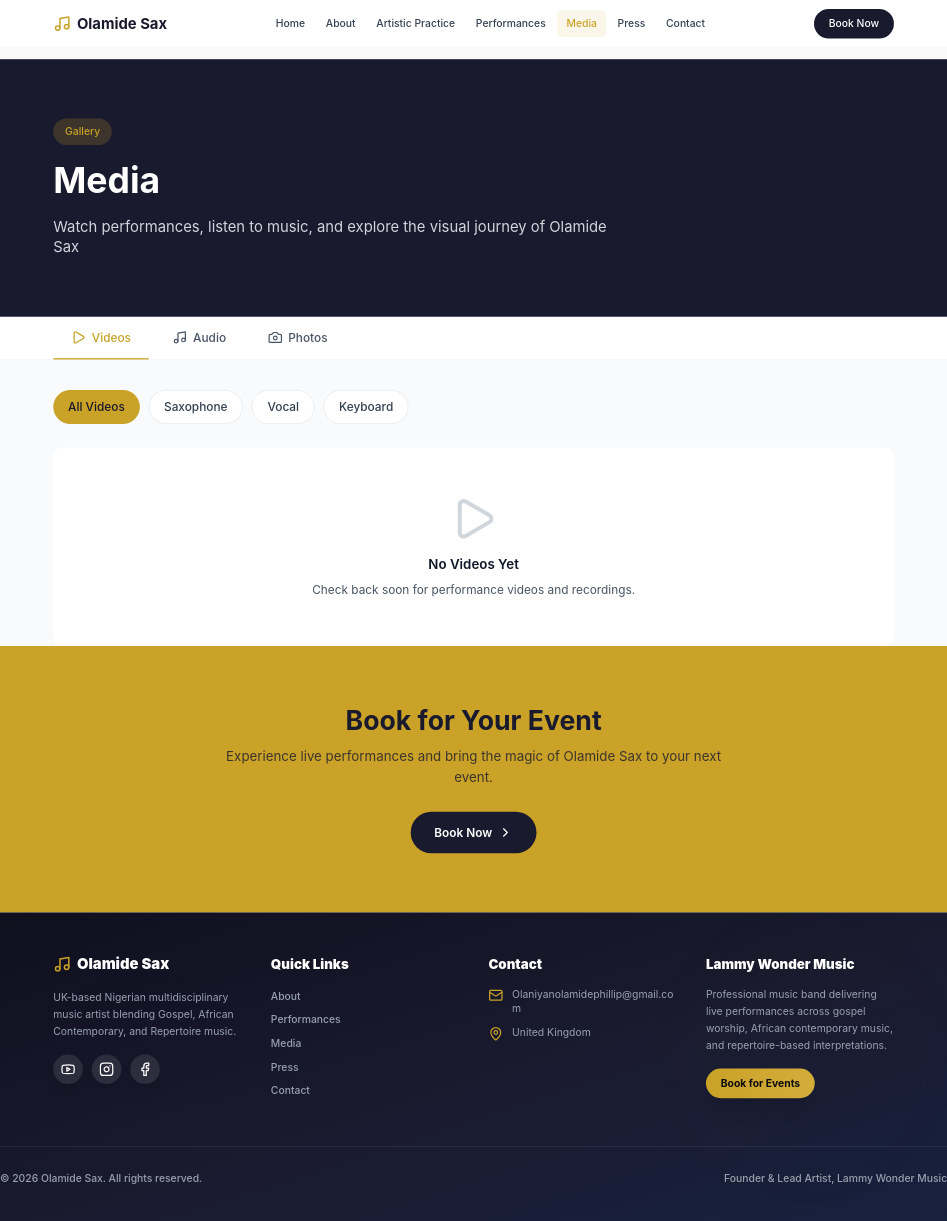
Repository: TheJazzDev/olamide-sax
Page: /media
These files come from the project's save history. The page is drawn as it stood at one moment and after the next save; the edit follows.
The browser window is 1280 px wide. The pictures show the whole page, at 74% of full size.
The page's requests for data from a server got no answer. The project was rebuilt for these pictures with package versions that can differ from the ones it lists, and the page was loaded fresh each time. Some packages were replaced by stand-ins written for this rebuild. The framework's server and built-in components were replaced by stand-ins that run in the browser. No one was signed in, and anything a server would have sent is missing. Also part of the build but not shown: next.config.ts.

Above is the page before, as saved 2026-01-17 17:25:30.

### app/layout.tsx
import type { Metadata } from 'next';
import './globals.css';

export const metadata: Metadata = {
  title: 'Olamide Sax | Vocalist • Saxophonist • Keyboardist',
  description:
    'UK-based Nigerian multidisciplinary music artist blending Gospel, African Contemporary, and Repertoire music through live performance, worship, and community-focused cultural events. Founder & Lead Artist of Lammy Wonder Music.',
  keywords: [
    'Olamide Sax',
    'Saxophonist',
    'Vocalist',
    'Keyboardist',
    'Nigerian Artist',
    'UK Musician',
    'Gospel Music',
    'African Contemporary',
    'Lammy Wonder Music',
    'Live Performance',
    'Worship Music',
  ],
  authors: [{ name: 'Olamide Sax' }],
  openGraph: {
    title: 'Olamide Sax | Vocalist • Saxophonist • Keyboardist',
    description:
      'UK-based Nigerian multidisciplinary music artist blending Gospel, African Contemporary, and Repertoire music.',
    type: 'website',
    locale: 'en_GB',
  },
  twitter: {
    card: 'summary_large_image',
    title: 'Olamide Sax | Vocalist • Saxophonist • Keyboardist',
    description:
      'UK-based Nigerian multidisciplinary music artist blending Gospel, African Contemporary, and Repertoire music.',
  },
};

export default function RootLayout({
  children,
}: Readonly<{
  children: React.ReactNode;
}>) {
  return (
    <html lang='en'>
      <head>
        <link
          rel='apple-touch-icon'
          sizes='180x180'
          href='/apple-touch-icon.png'
        />
        <link
          rel='icon'
          type='image/png'
          sizes='32x32'
          href='/favicon-32x32.png'
        />
        <link
          rel='icon'
          type='image/png'
          sizes='16x16'
          href='/favicon-16x16.png'
        />
        <link rel='manifest' href='/site.webmanifest' />
      </head>
      <body className='antialiased'>{children}</body>
    </html>
  );
}

### app/(site)/layout.tsx
import Navigation from "@/components/Navigation";
import Footer from "@/components/Footer";

export default function SiteLayout({
  children,
}: {
  children: React.ReactNode;
}) {
  return (
    <>
      <Navigation />
      <main className="pt-16 md:pt-20">
        {children}
      </main>
      <Footer />
    </>
  );
}

### app/(site)/media/page.tsx
'use client';

import { useState, useEffect } from 'react';
import { useSearchParams } from 'next/navigation';
import Image from 'next/image';
import Link from 'next/link';
import { Play, Music, Camera, ChevronRight, ExternalLink, Disc } from 'lucide-react';

interface VideoItem {
  id: string;
  title: string;
  url: string;
  platform: string;
  description?: string;
  category?: string | null;
  featured: boolean;
  displayOrder: number;
}

interface MusicItem {
  id: string;
  title: string;
  platform: string;
  url: string;
  releaseYear: string;
}

interface PhotoItem {
  id: string;
  title: string;
  url: string;
  category: string;
  alt: string;
}

type TabType = 'videos' | 'audio' | 'photos';
type VideoCategory = 'all' | 'SAXOPHONE' | 'VOCAL' | 'KEYBOARD';

export default function MediaPage() {
  const searchParams = useSearchParams();
  const [activeTab, setActiveTab] = useState<TabType>('videos');
  const [videoCategory, setVideoCategory] = useState<VideoCategory>('all');
  const [videos, setVideos] = useState<VideoItem[]>([]);
  const [music, setMusic] = useState<MusicItem[]>([]);
  const [photos, setPhotos] = useState<PhotoItem[]>([]);
  const [loading, setLoading] = useState(true);

  useEffect(() => {
    fetchData();

    // Check for category parameter in URL
    const category = searchParams.get('category');
    if (category && (category === 'SAXOPHONE' || category === 'VOCAL' || category === 'KEYBOARD')) {
      setActiveTab('videos');
      setVideoCategory(category as VideoCategory);
    }
  }, [searchParams]);

  const fetchData = async () => {
    try {
      const [videosRes, musicRes, photosRes] = await Promise.all([
        fetch('/api/videos'),
        fetch('/api/music'),
        fetch('/api/photos'),
      ]);

      const videosData = await videosRes.json();
      const musicData = await musicRes.json();
      const photosData = await photosRes.json();

      setVideos(videosData);
      setMusic(musicData);
      setPhotos(photosData);
    } catch (error) {
      console.error('Error fetching media:', error);
    } finally {
      setLoading(false);
    }
  };

  const videoCategories = [
    { id: 'all' as VideoCategory, label: 'All Videos' },
    { id: 'SAXOPHONE' as VideoCategory, label: 'Saxophone' },
    { id: 'VOCAL' as VideoCategory, label: 'Vocal' },
    { id: 'KEYBOARD' as VideoCategory, label: 'Keyboard' },
  ];

  const filteredVideos = videoCategory === 'all'
    ? videos
    : videos.filter(video => video.category === videoCategory);

  const tabs = [
    { id: 'videos' as TabType, label: 'Videos', icon: Play, count: videos.length },
    { id: 'audio' as TabType, label: 'Audio', icon: Music, count: music.length },
    { id: 'photos' as TabType, label: 'Photos', icon: Camera, count: photos.length },
  ];

  return (
    <>
      {/* Hero Section */}
      <section className="relative py-8 sm:py-10 md:py-14 lg:py-20 bg-[#1a1a2e] text-white">
        <div className="container-custom">
          <div className="max-w-3xl">
            <span className="inline-block px-3 py-1.5 sm:px-4 sm:py-2 bg-[#c9a227]/20 text-[#c9a227] text-xs sm:text-sm font-medium rounded-full mb-4 sm:mb-6">
              Gallery
            </span>
            <h1 className="text-3xl sm:text-4xl md:text-5xl font-bold mb-3 sm:mb-4 md:mb-6">
              Media
            </h1>
            <p className="text-base sm:text-lg md:text-xl text-gray-300">
              Watch performances, listen to music, and explore the visual journey of Olamide Sax
            </p>
          </div>
        </div>
      </section>

      {/* Tabs */}
      <section className="bg-white border-b border-gray-200 sticky top-16 md:top-20 z-10">
        <div className="container-custom">
          <div className="flex gap-1 sm:gap-2 overflow-x-auto scrollbar-hide">
            {tabs.map((tab) => {
              const Icon = tab.icon;
              return (
                <button
                  key={tab.id}
                  onClick={() => setActiveTab(tab.id)}
                  className={`flex items-center gap-2 px-4 sm:px-6 py-3 sm:py-4 font-medium text-sm sm:text-base whitespace-nowrap transition-colors border-b-2 ${
                    activeTab === tab.id
                      ? 'border-[#c9a227] text-[#c9a227]'
                      : 'border-transparent text-gray-600 hover:text-gray-900'
                  }`}
                >
                  <Icon className="w-4 h-4 sm:w-5 sm:h-5" />
                  {tab.label}
                  {tab.count > 0 && (
                    <span className="ml-1 sm:ml-2 px-2 py-0.5 bg-gray-100 text-gray-600 text-xs rounded-full">
                      {tab.count}
                    </span>
                  )}
                </button>
              );
            })}
          </div>
        </div>
      </section>

      {/* Content */}
      <section className="pt-4 lg:pt-10 bg-gray-50">
        <div className="container-custom">
          {loading ? (
            <div className="flex items-center justify-center py-20">
              <div className="text-center">
                <div className="w-12 h-12 sm:w-16 sm:h-16 border-4 border-[#c9a227] border-t-transparent rounded-full animate-spin mx-auto mb-4"></div>
                <p className="text-gray-600">Loading media...</p>
              </div>
            </div>
          ) : (
            <>
              {/* Videos Tab */}
              {activeTab === 'videos' && (
                <div>
                  {/* Category Filters */}
                  <div className="mb-6 sm:mb-8">
                    <div className="flex flex-wrap gap-2 sm:gap-3">
                      {videoCategories.map((cat) => (
                        <button
                          key={cat.id}
                          onClick={() => setVideoCategory(cat.id)}
                          className={`px-4 py-2 sm:px-5 sm:py-2.5 text-sm sm:text-base font-medium rounded-full transition-colors ${
                            videoCategory === cat.id
                              ? 'bg-[#c9a227] text-[#1a1a2e]'
                              : 'bg-white text-gray-700 hover:bg-gray-100 border border-gray-200'
                          }`}
                        >
                          {cat.label}
                        </button>
                      ))}
                    </div>
                  </div>

                  {videos.length > 0 ? (
                    filteredVideos.length > 0 ? (
                      <div className="grid sm:grid-cols-2 lg:grid-cols-3 gap-4 sm:gap-6">
                        {filteredVideos.map((video) => (
                        <div key={video.id} className="bg-white rounded-xl overflow-hidden shadow-sm hover:shadow-md transition-shadow">
                          <div className="relative aspect-video bg-gray-200">
                            <div className="absolute inset-0 flex items-center justify-center bg-[#1a1a2e]/90">
                              <div className="text-center text-white p-4">
                                <Play className="w-10 h-10 sm:w-12 sm:h-12 mx-auto mb-2 text-[#c9a227]" />
                                <p className="text-xs sm:text-sm">Available on {video.platform}</p>
                              </div>
                            </div>
                          </div>
                          <div className="p-4">
                            <div className="flex items-center gap-2 mb-1">
                              <span className="text-xs font-medium text-[#c9a227] uppercase tracking-wide">
                                {video.platform}
                              </span>
                              {video.category && (
                                <>
                                  <span className="text-gray-300">•</span>
                                  <span className="text-xs font-medium text-gray-600">
                                    {video.category === 'SAXOPHONE' && 'Saxophone'}
                                    {video.category === 'VOCAL' && 'Vocal'}
                                    {video.category === 'KEYBOARD' && 'Keyboard'}
                                  </span>
                                </>
                              )}
                            </div>
                            <h3 className="font-bold text-gray-900 mt-1 mb-2 text-sm sm:text-base">{video.title}</h3>
                            {video.description && (
                              <p className="text-xs sm:text-sm text-gray-600 mb-3 line-clamp-2">{video.description}</p>
                            )}
                            <a
                              href={video.url}
                              target="_blank"
                              rel="noopener noreferrer"
                              className="inline-flex items-center gap-2 text-xs sm:text-sm font-medium text-[#c9a227] hover:underline"
                            >
                              Watch Now
                              <ExternalLink className="w-3 h-3 sm:w-4 sm:h-4" />
                            </a>
                          </div>
                        </div>
                      ))}
                    </div>
                    ) : (
                      <div className="bg-white p-12 sm:p-16 rounded-xl text-center">
                        <Play className="w-12 h-12 sm:w-16 sm:h-16 text-gray-300 mx-auto mb-4" />
                        <h3 className="font-semibold text-gray-900 mb-2 text-base sm:text-lg">
                          No {videoCategory !== 'all' ? videoCategories.find(c => c.id === videoCategory)?.label : ''} Videos
                        </h3>
                        <p className="text-gray-600 text-sm sm:text-base">
                          {videoCategory !== 'all'
                            ? 'No videos found in this category. Try selecting a different category.'
                            : 'Check back soon for performance videos and recordings.'}
                        </p>
                      </div>
                    )
                  ) : (
                    <div className="bg-white p-12 sm:p-16 rounded-xl text-center">
                      <Play className="w-12 h-12 sm:w-16 sm:h-16 text-gray-300 mx-auto mb-4" />
                      <h3 className="font-semibold text-gray-900 mb-2 text-base sm:text-lg">No Videos Yet</h3>
                      <p className="text-gray-600 text-sm sm:text-base">Check back soon for performance videos and recordings.</p>
                    </div>
                  )}
                </div>
              )}

              {/* Audio Tab */}
              {activeTab === 'audio' && (
                <div>
                  {music.length > 0 ? (
                    <div className="space-y-4">
                      {music.map((release) => (
                        <div
                          key={release.id}
                          className="bg-white p-4 sm:p-6 rounded-xl shadow-sm hover:shadow-md transition-shadow"
                        >
                          <div className="flex flex-col sm:flex-row items-start sm:items-center gap-4">
                            <div className="w-16 h-16 sm:w-20 sm:h-20 bg-[#1a1a2e] rounded-lg flex items-center justify-center shrink-0">
                              <Disc className="w-8 h-8 sm:w-10 sm:h-10 text-[#c9a227]" />
                            </div>
                            <div className="flex-1 min-w-0">
                              <h3 className="font-bold text-gray-900 text-base sm:text-lg">{release.title}</h3>
                              <div className="flex items-center gap-2 mt-1">
                                <span className="text-xs sm:text-sm font-medium text-[#c9a227]">{release.platform}</span>
                                <span className="text-gray-400">•</span>
                                <span className="text-xs sm:text-sm text-gray-500">{release.releaseYear}</span>
                              </div>
                            </div>
                            <a
                              href={release.url}
                              target="_blank"
                              rel="noopener noreferrer"
                              className="inline-flex items-center gap-2 px-4 sm:px-5 py-2 sm:py-2.5 bg-[#c9a227] text-[#1a1a2e] text-sm font-semibold rounded-full hover:bg-[#e8d48b] transition-colors shrink-0"
                            >
                              <Play className="w-4 h-4" />
                              Listen
                            </a>
                          </div>
                        </div>
                      ))}
                    </div>
                  ) : (
                    <div className="bg-white p-12 sm:p-16 rounded-xl text-center">
                      <Music className="w-12 h-12 sm:w-16 sm:h-16 text-gray-300 mx-auto mb-4" />
                      <h3 className="font-semibold text-gray-900 mb-2 text-base sm:text-lg">No Music Releases Yet</h3>
                      <p className="text-gray-600 text-sm sm:text-base">Check back soon for music releases and streaming links.</p>
                    </div>
                  )}
                </div>
              )}

              {/* Photos Tab */}
              {activeTab === 'photos' && (
                <div>
                  {photos.length > 0 ? (
                    <div className="grid grid-cols-2 sm:grid-cols-2 lg:grid-cols-3 gap-3 sm:gap-4 md:gap-6">
                      {photos.map((photo) => (
                        <div key={photo.id} className="bg-white rounded-xl overflow-hidden shadow-sm hover:shadow-md transition-shadow group">
                          <div className="relative aspect-square bg-gray-200">
                            <Image
                              src={photo.url}
                              alt={photo.alt}
                              fill
                              className="object-cover group-hover:scale-105 transition-transform duration-300"
                            />
                          </div>
                          <div className="p-3 sm:p-4">
                            <span className="text-xs font-medium text-[#c9a227] uppercase tracking-wide">
                              {photo.category}
                            </span>
                            <h3 className="font-semibold text-gray-900 mt-1 text-sm sm:text-base">{photo.title}</h3>
                          </div>
                        </div>
                      ))}
                    </div>
                  ) : (
                    <div className="bg-white p-12 sm:p-16 rounded-xl text-center">
                      <Camera className="w-12 h-12 sm:w-16 sm:h-16 text-gray-300 mx-auto mb-4" />
                      <h3 className="font-semibold text-gray-900 mb-2 text-base sm:text-lg">No Photos Yet</h3>
                      <p className="text-gray-600 text-sm sm:text-base">Check back soon for performance and event photos.</p>
                    </div>
                  )}
                </div>
              )}
            </>
          )}
        </div>
      </section>

      {/* CTA Section */}
      <section className="py-12 sm:py-16 md:py-20 bg-[#c9a227]">
        <div className="container-custom text-center">
          <h2 className="text-2xl sm:text-3xl md:text-4xl font-bold text-[#1a1a2e] mb-3 sm:mb-4">
            Book for Your Event
          </h2>
          <p className="text-[#1a1a2e]/80 text-base sm:text-lg mb-6 sm:mb-8 max-w-2xl mx-auto">
            Experience live performances and bring the magic of Olamide Sax to your next event.
          </p>
          <Link
            href="/contact"
            className="inline-flex items-center gap-2 px-6 sm:px-8 py-3 sm:py-4 bg-[#1a1a2e] text-white font-semibold rounded-full hover:bg-[#16213e] transition-colors text-sm sm:text-base"
          >
            Book Now
            <ChevronRight className="w-4 h-4 sm:w-5 sm:h-5" />
          </Link>
        </div>
      </section>
    </>
  );
}

Loaded but not shown: components/Footer.tsx (127 lines, source omitted); components/Navigation.tsx (157 lines, source omitted); app/globals.css (186 lines, source omitted)

After the next save:
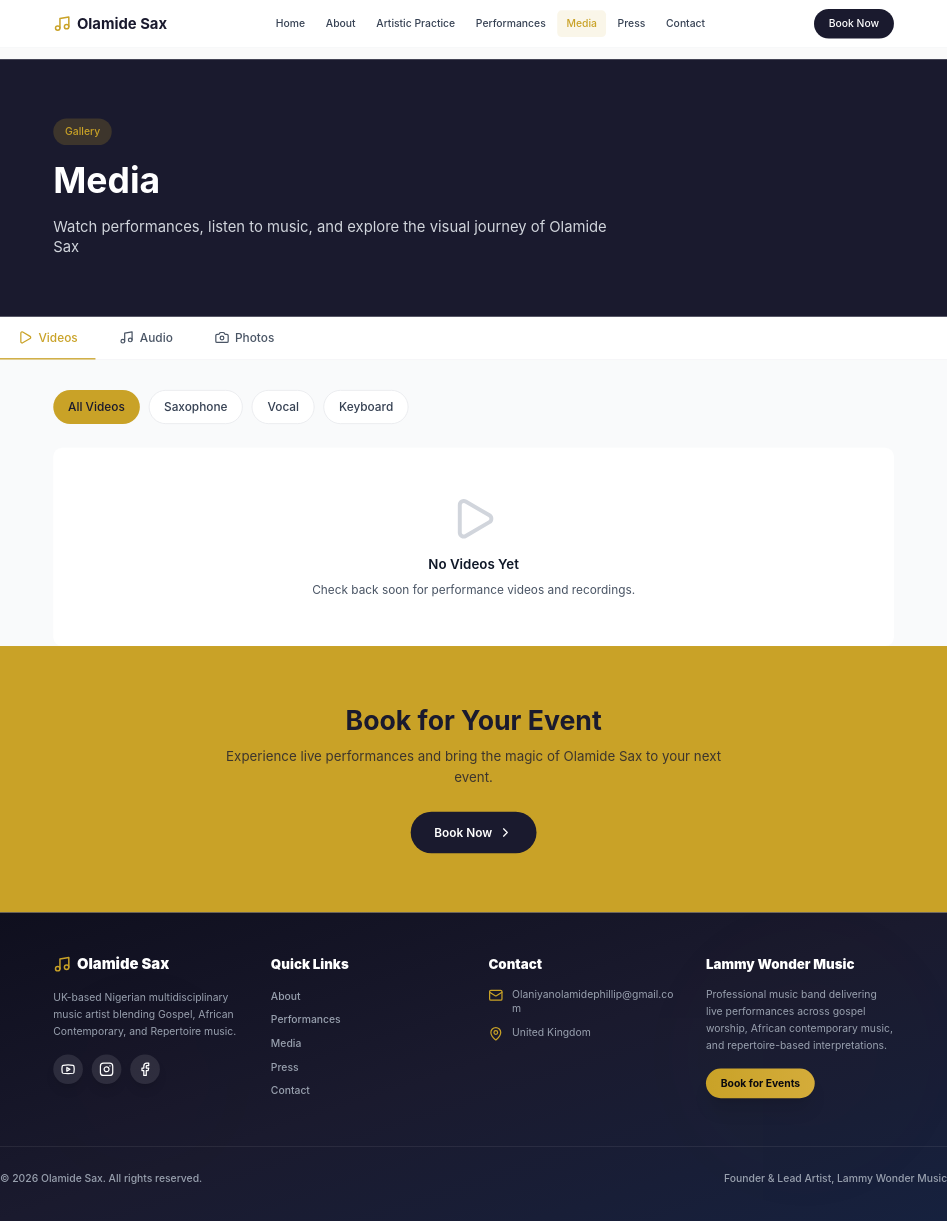
Saved 14 s later.
--- a/app/(site)/media/page.tsx
+++ b/app/(site)/media/page.tsx
@@ -116,7 +116,7 @@
 
       {/* Tabs */}
       <section className="bg-white border-b border-gray-200 sticky top-16 md:top-20 z-10">
-        <div className="container-custom">
+        <div className="container-custo">
           <div className="flex gap-1 sm:gap-2 overflow-x-auto scrollbar-hide">
             {tabs.map((tab) => {
               const Icon = tab.icon;

After the save that followed:
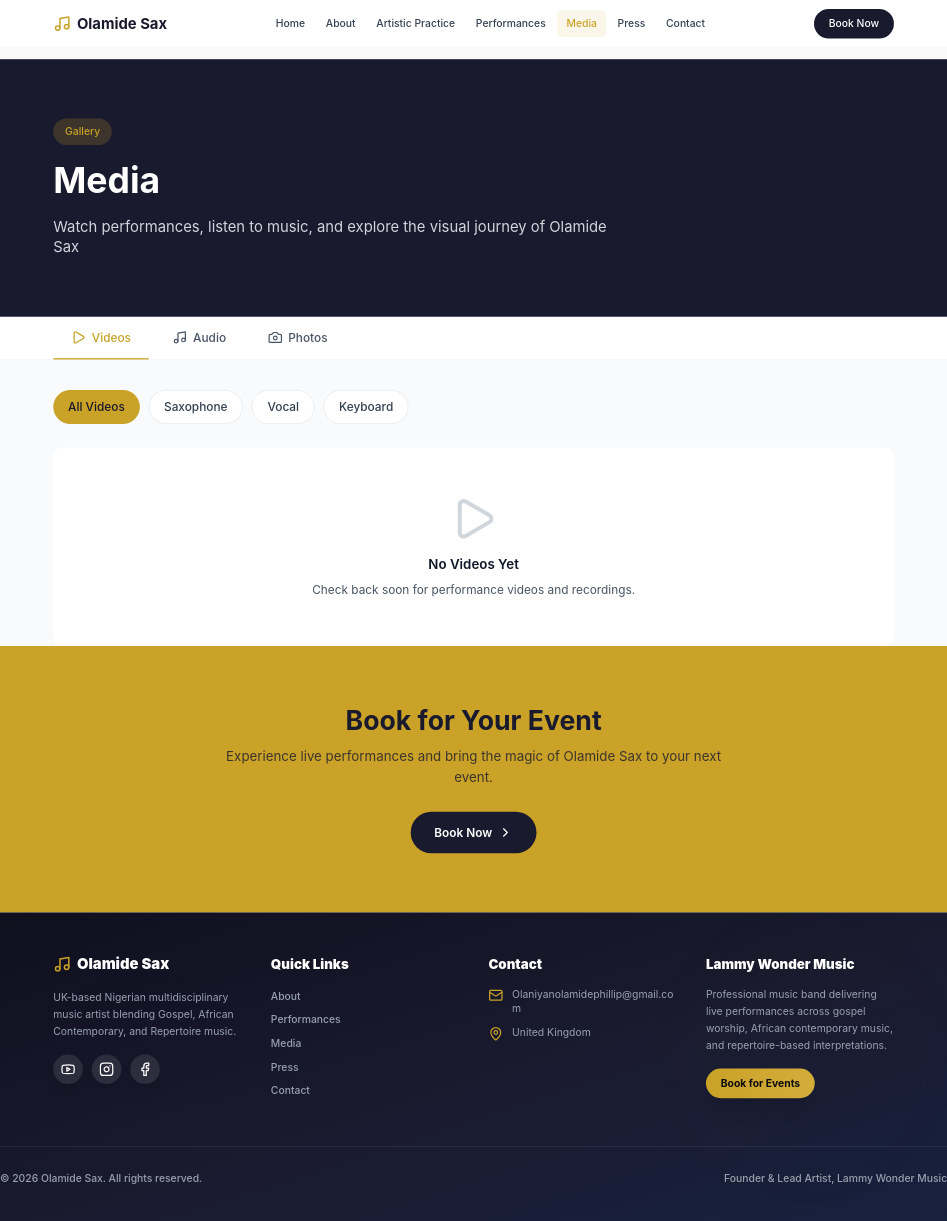
Saved 22 s later.
--- a/app/(site)/media/page.tsx
+++ b/app/(site)/media/page.tsx
@@ -116,7 +116,7 @@
 
       {/* Tabs */}
       <section className="bg-white border-b border-gray-200 sticky top-16 md:top-20 z-10">
-        <div className="container-custo">
+        <div className="container-custom">
           <div className="flex gap-1 sm:gap-2 overflow-x-auto scrollbar-hide">
             {tabs.map((tab) => {
               const Icon = tab.icon;
